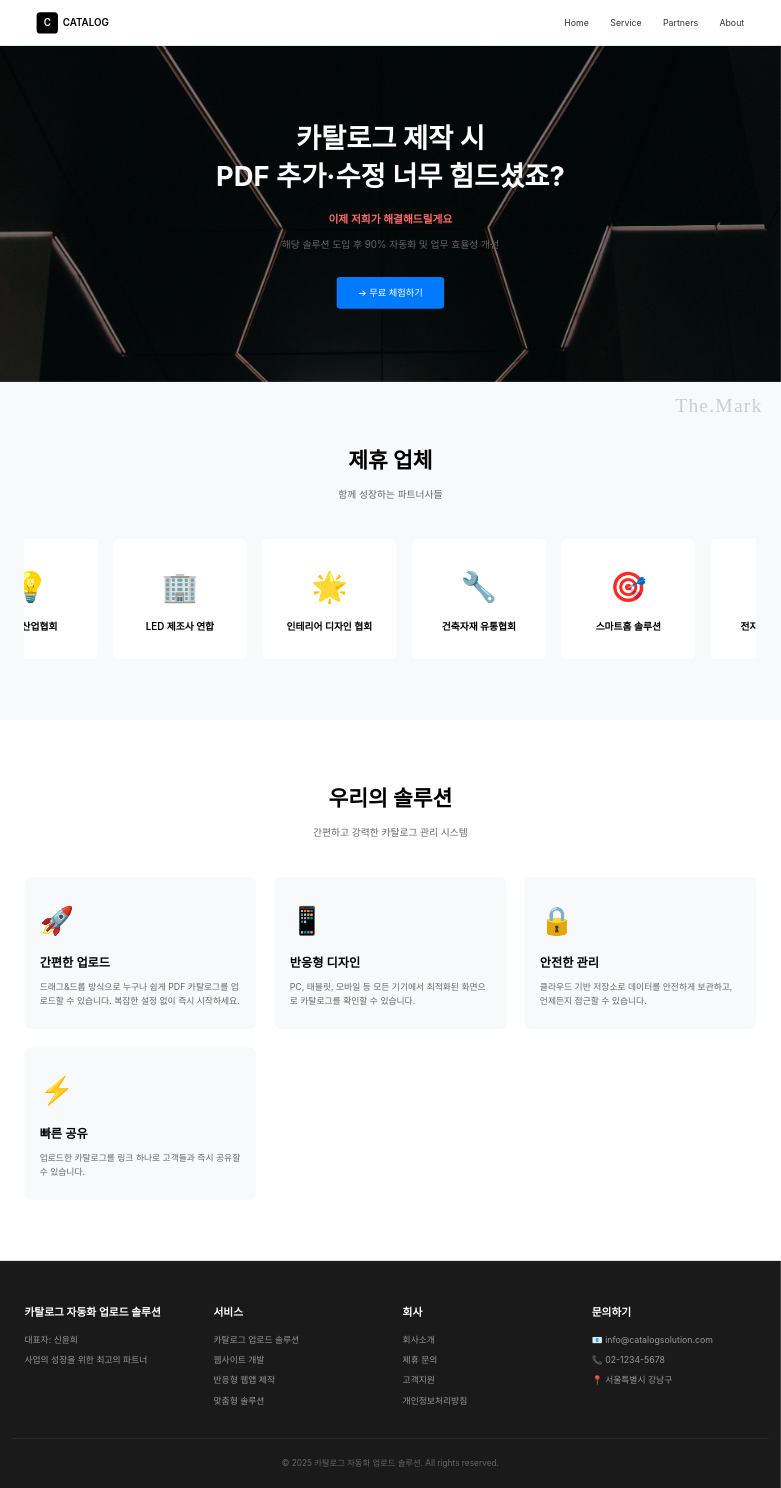
Repository: ororso11/catamaster
Page: index.html
These files come from the project's save history. The page is drawn as it stood at one moment and after the next save; the edit follows.
The browser window is 1280 px wide. The pictures show the whole page, at 61% of full size.

Above is the page before, as saved 2025-10-04 23:17:03.

### index.html
<!DOCTYPE html>
<html lang="ko">
<head>
    <meta charset="UTF-8">
    <meta name="viewport" content="width=device-width, initial-scale=1.0">
    <title>카탈로그 자동화 업로드 솔루션</title>
    <link rel="stylesheet" href="style.css">
</head>
<body>
    <!-- Header -->
    <header>
        <div class="header-container">
            <div class="logo">
                <div class="logo-icon">C</div>
                <span>CATALOG</span>
            </div>
            <nav id="mainNav">
                <a href="#home">Home</a>
                <a href="#solutions">Service</a>
                <a href="#partners">Partners</a>
                <a href="#contact">About</a>
            </nav>
            <button class="mobile-menu-btn" onclick="toggleMenu()">☰</button>
        </div>
    </header>

    <!-- Hero Section -->
    <section class="hero" id="home">
        <div class="hero-content">
            <h1>카탈로그 제작 시<br>PDF 추가·수정 너무 힘드셨죠?</h1>
            <p class="subtitle">이제 저희가 해결해드릴게요</p>
            <p class="description">해당 솔루션 도입 후 90% 자동화 및 업무 효율성 개선</p>
            <a href="dashboard.html" class="cta-button">무료 체험하기</a>
        </div>
    </section>

    <!-- Partners Section -->
    <section class="partners" id="partners">
        <h2 class="section-title">제휴 업체</h2>
        <p class="section-subtitle">함께 성장하는 파트너사들</p>

        <div class="partners-slider">
            <div class="partners-track">
                <div class="partner-card">
                    <div class="partner-logo">💡</div>
                    <div class="partner-name">조명산업협회</div>
                </div>
                <div class="partner-card">
                    <div class="partner-logo">🏢</div>
                    <div class="partner-name">LED 제조사 연합</div>
                </div>
                <div class="partner-card">
                    <div class="partner-logo">🌟</div>
                    <div class="partner-name">인테리어 디자인 협회</div>
                </div>
                <div class="partner-card">
                    <div class="partner-logo">🔧</div>
                    <div class="partner-name">건축자재 유통협회</div>
                </div>
                <div class="partner-card">
                    <div class="partner-logo">🎯</div>
                    <div class="partner-name">스마트홈 솔루션</div>
                </div>
                <div class="partner-card">
                    <div class="partner-logo">📦</div>
                    <div class="partner-name">전자상거래 플랫폼</div>
                </div>
                <div class="partner-card">
                    <div class="partner-logo">🏭</div>
                    <div class="partner-name">제조업 협회</div>
                </div>
                <div class="partner-card">
                    <div class="partner-logo">🛠️</div>
                    <div class="partner-name">산업용품 유통사</div>
                </div>
                <!-- 복제 -->
                <div class="partner-card">
                    <div class="partner-logo">💡</div>
                    <div class="partner-name">조명산업협회</div>
                </div>
                <div class="partner-card">
                    <div class="partner-logo">🏢</div>
                    <div class="partner-name">LED 제조사 연합</div>
                </div>
                <div class="partner-card">
                    <div class="partner-logo">🌟</div>
                    <div class="partner-name">인테리어 디자인 협회</div>
                </div>
                <div class="partner-card">
                    <div class="partner-logo">🔧</div>
                    <div class="partner-name">건축자재 유통협회</div>
                </div>
            </div>
        </div>
    </section>

    <!-- Solutions Section -->
    <section class="solutions" id="solutions">
        <h2 class="section-title">우리의 솔루션</h2>
        <p class="section-subtitle">간편하고 강력한 카탈로그 관리 시스템</p>

        <div class="solutions-grid">
            <div class="solution-card">
                <div class="solution-icon">🚀</div>
                <h3>간편한 업로드</h3>
                <p>드래그&드롭 방식으로 누구나 쉽게 PDF 카탈로그를 업로드할 수 있습니다. 복잡한 설정 없이 즉시 시작하세요.</p>
            </div>

            <div class="solution-card">
                <div class="solution-icon">📱</div>
                <h3>반응형 디자인</h3>
                <p>PC, 태블릿, 모바일 등 모든 기기에서 최적화된 화면으로 카탈로그를 확인할 수 있습니다.</p>
            </div>

            <div class="solution-card">
                <div class="solution-icon">🔒</div>
                <h3>안전한 관리</h3>
                <p>클라우드 기반 저장소로 데이터를 안전하게 보관하고, 언제든지 접근할 수 있습니다.</p>
            </div>

            <div class="solution-card">
                <div class="solution-icon">⚡</div>
                <h3>빠른 공유</h3>
                <p>업로드한 카탈로그를 링크 하나로 고객들과 즉시 공유할 수 있습니다.</p>
            </div>
        </div>
    </section>

    <!-- Footer -->
    <footer id="contact">
        <div class="footer-content">
            <div class="footer-section">
                <h3>카탈로그 자동화 업로드 솔루션</h3>
                <p>대표자: 신윤희</p>
                <p>사업의 성장을 위한 최고의 파트너</p>
            </div>

            <div class="footer-section">
                <h3>서비스</h3>
                <a href="#solutions">카탈로그 업로드 솔루션</a>
                <a href="#solutions">웹사이트 개발</a>
                <a href="#solutions">반응형 웹앱 제작</a>
                <a href="#solutions">맞춤형 솔루션</a>
            </div>

            <div class="footer-section">
                <h3>회사</h3>
                <a href="#home">회사소개</a>
                <a href="#partners">제휴 문의</a>
                <a href="#contact">고객지원</a>
                <a href="#contact">개인정보처리방침</a>
            </div>

            <div class="footer-section">
                <h3>문의하기</h3>
                <p>📧 info@catalogsolution.com</p>
                <p>📞 02-1234-5678</p>
                <p>📍 서울특별시 강남구</p>
            </div>
        </div>

        <div class="footer-bottom">
            <p>&copy; 2025 카탈로그 자동화 업로드 솔루션. All rights reserved.</p>
        </div>
    </footer>

    <div class="company-badge">The.Mark</div>

    <script src="script.js"></script>
</body>
</html>

### style.css
* {
    margin: 0;
    padding: 0;
    box-sizing: border-box;
}

body {
    font-family: -apple-system, BlinkMacSystemFont, 'Segoe UI', 'Malgun Gothic', sans-serif;
    color: #333;
    line-height: 1.6;
    overflow-x: hidden;
}

/* Header */
header {
    background: white;
    padding: 20px 0;
    box-shadow: 0 1px 0 rgba(0,0,0,0.05);
    position: sticky;
    top: 0;
    z-index: 100;
}

.header-container {
    max-width: 1200px;
    margin: 0 auto;
    padding: 0 20px;
    display: flex;
    justify-content: space-between;
    align-items: center;
}

.logo {
    display: flex;
    align-items: center;
    gap: 8px;
    font-size: 1rem;
    font-weight: 600;
    color: #000;
}

.logo-icon {
    width: 35px;
    height: 35px;
    background: #000;
    border-radius: 6px;
    display: flex;
    align-items: center;
    justify-content: center;
    color: white;
    font-size: 1rem;
}

nav {
    display: flex;
    gap: 35px;
    align-items: center;
}

nav a {
    color: #333;
    text-decoration: none;
    font-size: 0.9rem;
    font-weight: 400;
    transition: color 0.3s;
}

nav a:hover {
    color: #666;
}

.contact-btn {
    background: #000;
    color: white !important;
    padding: 8px 20px;
    border-radius: 5px;
    font-weight: 500;
}

.mobile-menu-btn {
    display: none;
    background: none;
    border: none;
    font-size: 1.5rem;
    cursor: pointer;
}

/* Hero Section */
.hero {
    background-image: url("main.jpg"); /* 배경 이미지 경로 */
    background-size: cover;           /* 화면 꽉 채우기 */
    background-position: center;      /* 가운데 정렬 */
    background-repeat: no-repeat;     /* 반복 제거 */
    padding: 120px 20px;
    text-align: center;
    color: white;                     /* 글씨가 잘 보이게 */
    position: relative;               /* 오버레이 효과 줄 때 필요 */
}


.hero::before {
    content: "";
    position: absolute;
    top: 0;
    left: 0;
    width: 100%;
    height: 100%;
    background: rgba(0,0,0,0.5); /* 검은 반투명 레이어 */
    z-index: 1;
}


.hero-content {
    position: relative;
    z-index: 2; /* 글자가 오버레이 위에 오도록 */
}
.hero h1 {
    font-size: 2.8rem;
    font-weight: 700;
    margin-bottom: 25px;
    color: #fff;              /* 흰색으로 변경 */
    line-height: 1.4;
}

.hero .subtitle {
    font-size: 1.1rem;
    color: #ff6b6b;           /* 강조 문구 → 붉은 톤 */
    margin-bottom: 15px;
    font-weight: 600;
}

.hero .description {
    font-size: 1rem;
    color: #666;
    margin-bottom: 40px;
}

.cta-button {
    display: inline-block;
    padding: 14px 35px;
    background: #007bff;
    color: white;
    text-decoration: none;
    border-radius: 5px;
    font-weight: 500;
    font-size: 0.95rem;
    transition: background 0.3s;
}

.cta-button:hover {
    background: #0056b3;
}

.cta-button::before {
    content: '→ ';
}

/* Partners Section */
.partners {
    padding: 100px 20px;
    background: #f8f9fa;
    overflow: hidden;
}

.section-title {
    text-align: center;
    font-size: 2.2rem;
    color: #000;
    margin-bottom: 15px;
    font-weight: 700;
}

.section-subtitle {
    text-align: center;
    color: #666;
    margin-bottom: 60px;
    font-size: 1rem;
}

.partners-slider {
    max-width: 1200px;
    margin: 60px auto 0;
    overflow: hidden;
    position: relative;
}

.partners-track {
    display: flex;
    gap: 25px;
    animation: scroll 30s linear infinite;
}

@keyframes scroll {
    0% {
        transform: translateX(0);
    }
    100% {
        transform: translateX(-50%);
    }
}

.partners-track:hover {
    animation-play-state: paused;
}

.partner-card {
    min-width: 220px;
    background: white;
    padding: 40px 25px;
    border-radius: 10px;
    text-align: center;
    transition: all 0.3s;
    flex-shrink: 0;
}

.partner-card:hover {
    box-shadow: 0 5px 20px rgba(0,0,0,0.1);
}

.partner-logo {
    font-size: 3rem;
    margin-bottom: 15px;
}

.partner-name {
    font-weight: 600;
    color: #000;
    font-size: 1rem;
}

/* Solutions Section */
.solutions {
    padding: 100px 20px;
    background: white;
}

.solutions-grid {
    max-width: 1200px;
    margin: 0 auto;
    display: grid;
    grid-template-columns: repeat(3, 1fr);
    gap: 30px;
}

.solution-card {
    background: #f8f9fa;
    padding: 35px 25px;
    border-radius: 10px;
    transition: all 0.3s;
}

.solution-card:hover {
    background: #e9ecef;
}

.solution-icon {
    font-size: 2.8rem;
    margin-bottom: 18px;
}

.solution-card h3 {
    color: #000;
    margin-bottom: 12px;
    font-size: 1.25rem;
    font-weight: 600;
}

.solution-card p {
    color: #666;
    line-height: 1.6;
    font-size: 0.9rem;
}

/* Footer */
footer {
    background: #1a1a1a;
    color: #999;
    padding: 70px 20px 30px;
}

.footer-content {
    max-width: 1200px;
    margin: 0 auto;
    display: grid;
    grid-template-columns: repeat(4, 1fr);
    gap: 40px;
    margin-bottom: 40px;
}

.footer-section h3 {
    margin-bottom: 20px;
    font-size: 1.1rem;
    color: white;
    font-weight: 600;
}

.footer-section p,
.footer-section a {
    color: #999;
    text-decoration: none;
    display: block;
    margin-bottom: 10px;
    font-size: 0.9rem;
    transition: color 0.3s;
}

.footer-section a:hover {
    color: white;
}

.footer-bottom {
    text-align: center;
    padding-top: 30px;
    border-top: 1px solid #333;
    color: #666;
    font-size: 0.85rem;
}

.company-badge {
    position: fixed;
    bottom: 30px;
    right: 30px;
    font-size: 2rem;
    color: #ccc;
    font-weight: 300;
    letter-spacing: 2px;
    font-family: serif;
}

/* Mobile Responsive */
@media (max-width: 768px) {
    nav {
        display: none;
        position: absolute;
        top: 75px;
        left: 0;
        right: 0;
        background: white;
        flex-direction: column;
        padding: 20px;
        box-shadow: 0 5px 20px rgba(0,0,0,0.1);
    }

    nav.active {
        display: flex;
    }

    .mobile-menu-btn {
        display: block;
    }

    .hero h1 {
        font-size: 1.8rem;
    }

    .solutions-grid {
        grid-template-columns: 1fr;
    }

    .footer-content {
        grid-template-columns: 1fr;
    }

    .company-badge {
        display: none;
    }
}

### script.js
function toggleMenu() {
    const nav = document.getElementById('mainNav');
    nav.classList.toggle('active');
}

document.querySelectorAll('a[href^="#"]').forEach(anchor => {
    anchor.addEventListener('click', function (e) {
        e.preventDefault();
        const target = document.querySelector(this.getAttribute('href'));
        if (target) {
            target.scrollIntoView({
                behavior: 'smooth',
                block: 'start'
            });
            document.getElementById('mainNav').classList.remove('active');
        }
    });
});

After the next save:
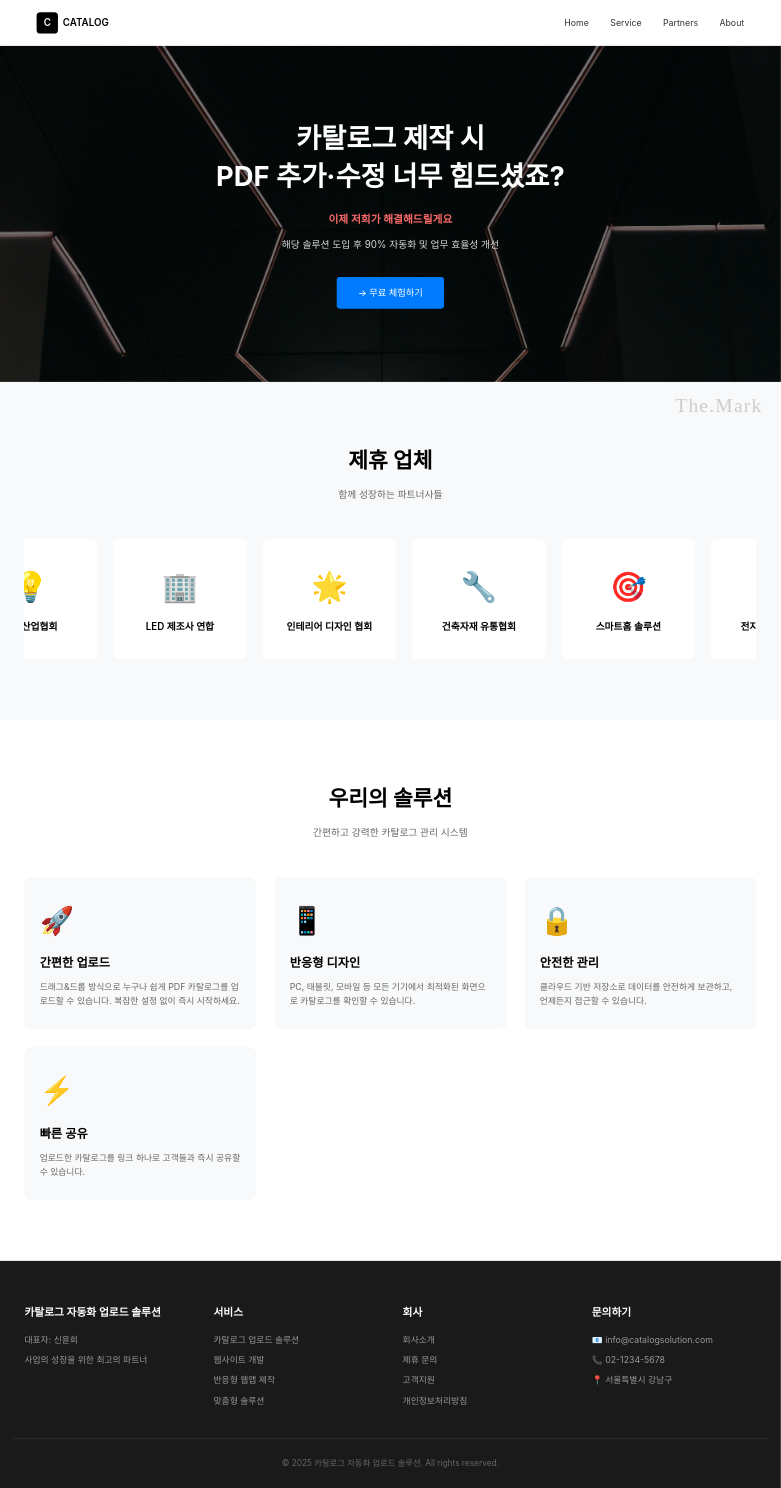
Saved 4 s later.
--- a/style.css
+++ b/style.css
@@ -131,7 +131,7 @@
 
 .hero .description {
     font-size: 1rem;
-    color: #666;
+    color: #ddd;              /* 본문 설명 → 연한 회색 */
     margin-bottom: 40px;
 }
 
